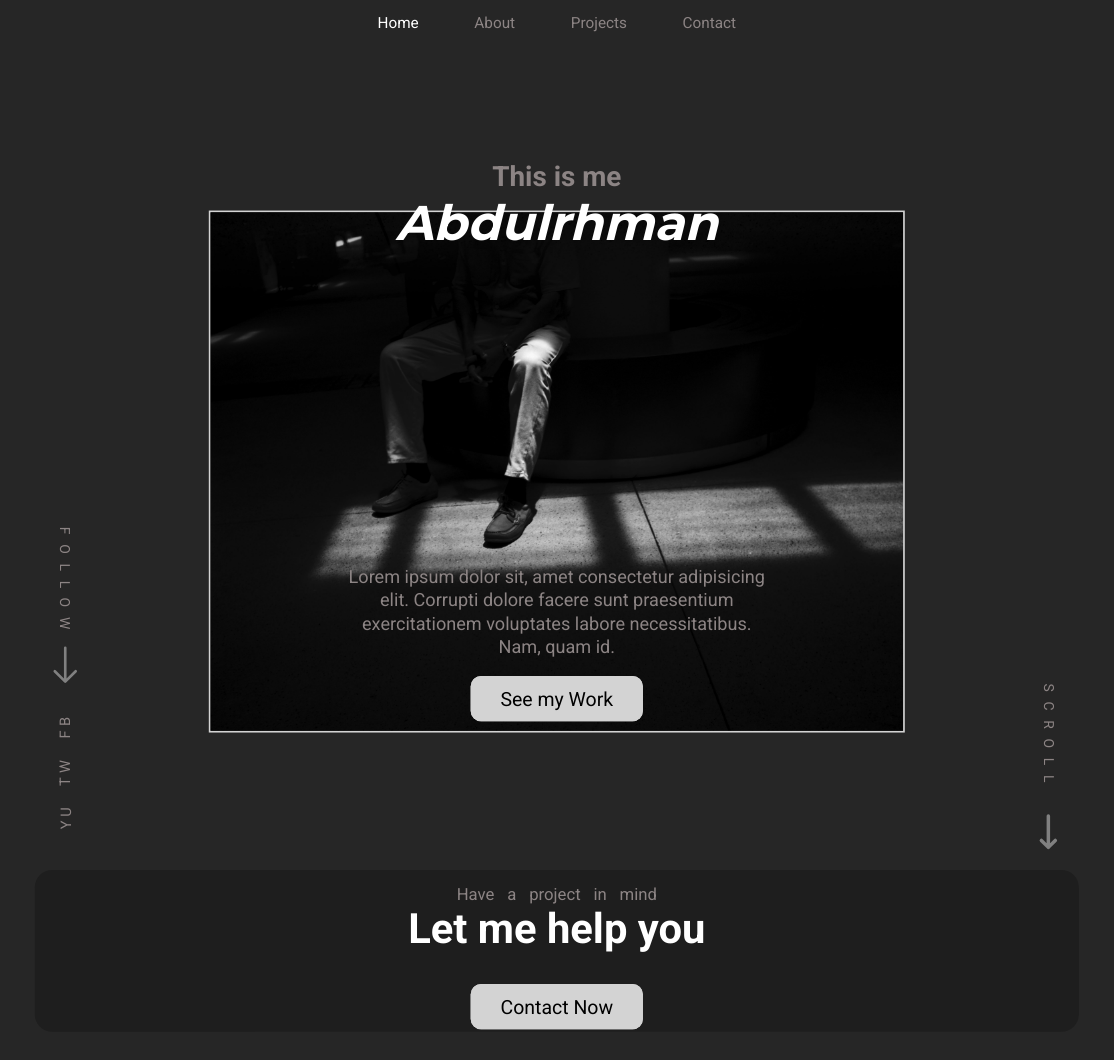
Repository: Abdoulrhman-altyeb/React-Typescript
Page: /
These files come from the project's save history. The page is drawn as it stood at one moment and after the next save; the edit follows.
The browser window is 1280 px wide. The pictures show the whole page, at 87% of full size.
The project was rebuilt for these pictures with package versions that can differ from the ones it lists, and the page was loaded fresh each time. Also part of the build but not shown: src/Pages/Contact.tsx, src/Pages/About.tsx, src/Pages/Projects.tsx.

Above is the page before, as saved 2021-05-18 16:07:13.

### public/index.html
<!DOCTYPE html>
<html lang="en">

<head>
  <meta charset="utf-8" />
  <meta name="viewport" content="width=device-width, initial-scale=1" />
  <meta name="theme-color" content="#000000" />
  <meta name="description" content="IT Guys Community" />
  <link rel="preconnect" href="https://fonts.gstatic.com">
  <link href="https://fonts.googleapis.com/css2?family=Roboto:wght@300;400;500;700&display=swap" rel="stylesheet">
  <link rel="preconnect" href="https://fonts.gstatic.com">
<link href="https://fonts.googleapis.com/css2?family=Montserrat:wght@200;300;400;500;700&display=swap" rel="stylesheet">
  <title>App Lab</title>
</head>

<body>
  <noscript>You need to enable JavaScript to run this app.</noscript>
  <div id="root"></div>
</body>

</html>

### src/index.tsx
import ReactDOM from "react-dom";
import App from "./App";
import './assits/styles/style.css'

ReactDOM.render(<App/>,document.getElementById("root"));

### src/App.tsx
import React from "react";
import NavBar from './components/NavBar';
import { BrowserRouter as Router, Route, Switch } from 'react-router-dom'
import Home from "./Pages/Home";
import Contact from "./Pages/Contact";
import About from "./Pages/About";
import Projects from "./Pages/Projects";


const App: React.FC = () => {



  return (
    <>
      <Router>
        <NavBar />
        <Switch>
          <Route  path='/' exact>
            <Home />
          </Route>
          <Route path="/contact">
            <Contact />
          </Route>
          <Route path='/about'>
            <About />
          </Route>
          <Route path='/projects'>
              <Projects/>
          </Route>
        </Switch>
      </Router>
    </>
  )
}

export default App;

### src/assits/styles/style.css
* {
    padding:0;
    margin:0;
    box-sizing:border-box;
}

body {
    background:#262626;
    color:white;
    font-family: 'Roboto', sans-serif;
}
img,svg{
    width: 100%;
    height:100%;
    object-fit: cover;
}
.container {
    width:90%;
    max-width:1200px;
    margin: 0 auto;
}

.hero__img {
    height:600px;
}
ul {
    list-style: none;
}
p, h1, span {
    color:#8c8484
}
a {
    text-decoration: none;
    color:#8c8484;
    font-size:0.8rem;
}

### src/components/NavBar.tsx
import React,{useState} from 'react';
import styled from 'styled-components';
import { NavLink } from 'react-router-dom';
import { BiMenu, BiX } from 'react-icons/bi';


const NavBar: React.FC = () => {

    const [isActive, setIsActive] = useState<boolean>(false);

    return (
        <NavBarContainer>
            <div className="hamburgerMenu"
                onClick={() => setIsActive(!isActive)}
                role='button'
                tabIndex={0}
                onKeyDown={() => setIsActive(!isActive)}
            >
                <BiMenu/>
            </div>
            <ul className={isActive ? 'ListItems' : 'ListItems hide-items'}>
                <div className='closeMenu'
                    onClick={() => setIsActive(!isActive)}
                    role='button'
                    tabIndex={0}
                    onKeyDown={() => setIsActive(!isActive)}
                >
                    <BiX/>
                </div>
                <li>
                    <NavLink to='/' exact>
                     Home
                    </NavLink>
                </li>
                <li>
                    <NavLink to="/about">
                        About
                    </NavLink>
                </li>
                <li>
                    <NavLink to='projects'>
                        Projects
                    </NavLink>
                </li>
                <li>
                    <NavLink to='contact'>
                        Contact
                    </NavLink>
                </li>
            </ul>
        </NavBarContainer>
    )
}

const NavBarContainer = styled.nav`
    position: fixed;
    z-index:100;
    top:0;
    left:0;
    background-color:#262626;
    font-family: 'Roboto', sans-serif;
    width:100%;
    ul {
        width:90%;
        max-width:1200px;
        justify-content:center;
        text-align:center;
        margin:0 auto;
        border-radius:12px;
    }
    li {
        display:inline-block;
        cursor:pointer;
    }
    a {
        display:inline-block;
        padding:1rem 2rem;
        font-size:1.1rem;
        color:#8c8484;
        transition:0.3s ease color;
        /* &:hover {
            color:#726f6f;
        } */
    }
    .active {
        color:white;
    }

    .hamburgerMenu {
        font-size:2rem;
        position:absolute;
        top:1rem;
        right:1rem;
        color:white;
        display:none;
        * {
            pointer-events:none;
        }
    }
    .closeMenu{
        display:none;
    }
    @media only screen and (max-width:768px) {
        .hide-items{
            transform: translateY(calc(-100% - 1rem))
        }
        .hamburgerMenu{
            display:block;
        }
        .ListItems {
            width:80%;
            max-width:230px;
            position:absolute;
            top:1rem;
            right:1rem;
            background:#1E1E1E;
            padding:1rem;
            transition: 0.3s ease transform;

            .closeMenu {
                color:white;
                font-size:1.5rem;
                width:1rem;
                margin: 0 0 0 auto;
                cursor: pointer;
                display:block;
                *{
                    pointer-events:none;
                }
            }
        }
        li {
            display:block;
            margin-bottom:1rem;
        }
        a {
            /* padding:1rem; */
            padding:0.2rem;
            outline:none;
        }
    }
`;



export default NavBar;

### src/Pages/Home.tsx
import ContactButton from '../components/ContactButton'
import HeroSection from '../components/HeroSection'

const Home: React.FC = () => {
    return (
        <>
            <HeroSection />
            <ContactButton />
        </>
    )
}

export default Home;

### src/components/ContactButton.tsx
import React from 'react';
import Button from './Button';
import styled from 'styled-components';

const ContactButton: React.FC = () => {
    return (
        <STYLEDIV>
            <p>Have a project in mind</p>
            <h3>Let me help you</h3>
            <Button btnLink='/Contact' btnText='Contact Now' outline={false}/>
        </STYLEDIV>
    )
}

const STYLEDIV = styled.div`
    max-width:1200px;
    width:100%;
    background:#1E1E1E;
    margin:0 auto;
    border-radius: 20px;
    text-align:center;
    padding:1rem 0;
    margin-bottom:2rem;
    p{
        font-size:1.2rem;
        word-spacing:10px;
    }
    h3{
        margin-bottom:1rem;
        font-size:3rem;
    }
`;

export default ContactButton;

### src/components/HeroSection.tsx
import React from 'react';
import hero from '../assits/images/hero.jpg';
import Button from './Button';
import PaText from './PaText';
import { BsArrowDown } from 'react-icons/bs';
import { HiOutlineArrowNarrowDown } from 'react-icons/hi';
import styled from 'styled-components';

const HeroSection: React.FC = () => {
    return (
        <STYLEDHERO>
            <div className="hero">
                <div className="container">
                    <h1 className="hero__header">
                        <span>This is me</span>
                        <span className='hero__name'>Abdulrhman</span>
                    </h1>
                    <div className="hero__img">
                        <img src={hero} alt="" />
                    </div>
                    <div className="hero__info">
                        <PaText>
                            <p>Lorem ipsum dolor sit, amet consectetur adipisicing elit. Corrupti dolore facere sunt praesentium exercitationem voluptates labore necessitatibus. Nam, quam id.</p>
                        </PaText>
                        <Button btnLink='/projects' btnText='See my Work' outline={false} />
                    </div>
                    <div className="hero__social">
                        <div className="hero__social__indcator">
                            <p>Follow</p>
                            <BsArrowDown className='icon'/>
                        </div>
                        <div className="hero__social__text">
                            <ul>
                                <li>
                                    <a href="https://facebook.com" rel='noreferrer'>FB</a>
                                </li>
                                <li>
                                    <a href="https://twitter.com" rel='noreferrer'>TW</a>
                                </li>
                                <li>
                                    <a href="https://youtube.com" rel='noreferrer'>YU</a>
                                </li>
                            </ul>
                        </div>
                    </div>
                    <div className="hero__scroll">
                        <p>Scroll</p>
                        <HiOutlineArrowNarrowDown className='icon'/>
                    </div>
                </div>
            </div>
        </STYLEDHERO>
    )
}


const STYLEDHERO = styled.div`
    .hero {
        display:flex;
        justify-content:center;
        align-items:center;
        position:relative;
        text-align:center;
        width:100%;
        min-height:1000px;
        height:100vh;
    }
    .hero__header {
        margin-bottom:-3rem;
        position:relative;
        font-size:2rem;
        span{
            display:inline-block;
            width:100%;
        }
        .hero__name{
            font-size:3.5rem;
            font-family: 'Montserrat', sans-serif;
            font-style:italic;
            color:white;
        }
    }
    .hero__img {
        border:2px solid lightgray;
        max-width:800px;
        width:100%;
        height:600px;
        margin:0 auto;
    }
    .hero__info {
        margin-top:-12rem;
    }
    .hero__social,
    .hero__scroll{
        display:flex;
        flex-direction:column;
        width:50px;
        position:absolute;
        bottom:20px;
        gap:2rem;
    }
    .hero__social{
        left:50px;
    }
    .hero__scroll{
        right:50px;
    }
    .icon {
        color:gray;
        min-height:45px;
        width:3rem;
        object-fit:content;
        align-self:center;
    }
    .hero__social{
        p{
            transform:rotate(90deg) translateX(-100px);
            letter-spacing:0.7rem;
            text-transform:uppercase
        }
    }
    .hero__scroll{
        p{
            transform:rotate(90deg) translateX(-80px);
            letter-spacing:0.7rem;
            text-transform:uppercase
        }
    }
    .hero__social__text{
        li {
            margin-bottom:1rem;
        }
        a{
            transform:rotate(-90deg);
            display:inline-block;
            font-size:1.05rem;
            letter-spacing:5px;
            margin-bottom:1rem;
        }
    }
    @media only screen and (max-width:768px) {
        .hero {
            min-height:750px;
        }
        .hero__header{
            margin-bottom:-2rem;
            font-size:1.4rem;
            .hero__name{
                font-size:3rem;
            }
        }
        .hero__img{
            height:300px;
        }
        .hero__info{
            margin-top:3rem;
        }
        .hero__social,
        .hero__scroll{
            width:25px;
            bottom:-30px;
            font-size:0.9rem;
            P{
                letter-spacing:0.5rem;
                transform:translateY(-20px) rotate(90deg)
            }
            a{
                letter-spacing:2px;
            }
        }
        .hero__social {
            gap:1rem;
            P{
                transform:translateY(-60px) rotate(90deg)
            }
        }
        .hero__social {
            left:0;
            bottom:-20%;
        }
        .hero__scroll{
            right:0;
        }
        .hero__social__text {
            a{
                margin-bottom:1rem;
                font-size:1rem;
            }
        }
        .icon{
            width:25px;
            min-height:80px;
            align-self:center;
        }
    }
`;
export default HeroSection;

### src/components/Button.tsx
import React from 'react';
import { Link } from 'react-router-dom';
import styled from 'styled-components'


const Button:React.FC<ButtonProps> = ({btnLink,btnText,outline}) => {
    return (
        <BTNSTYLE >
            <Link className='button' to={btnLink} >{btnText}</Link>
        </BTNSTYLE>
    )
}


const BTNSTYLE = styled.div`
    padding-top:2rem;
    .button{
        background:lightgray;
        padding:0.7rem 2rem;
        color:black;
        border-radius:12px;
        border:2px solid lightgray;
        cursor:pointer;
        font-size:1.4rem;
    }
    @media only screen and (max-width:768px) {
        .button{
            font-size:1.2rem;
        }
    }
`;

export default Button

### src/components/PaText.tsx
import styled from 'styled-components'

const PaText: React.FC = ({children}) => {

    return (
        <TextContainer>
            {children}
        </TextContainer>
    )
}

const TextContainer = styled.div`
    max-width:500px;
    margin:0 auto;
    line-height:1.3em;
    font-size:1.3rem;
    @media only screen and (max-width:768px) {
        font-size:1.1rem;
    }
`;

export default PaText

After the next save:
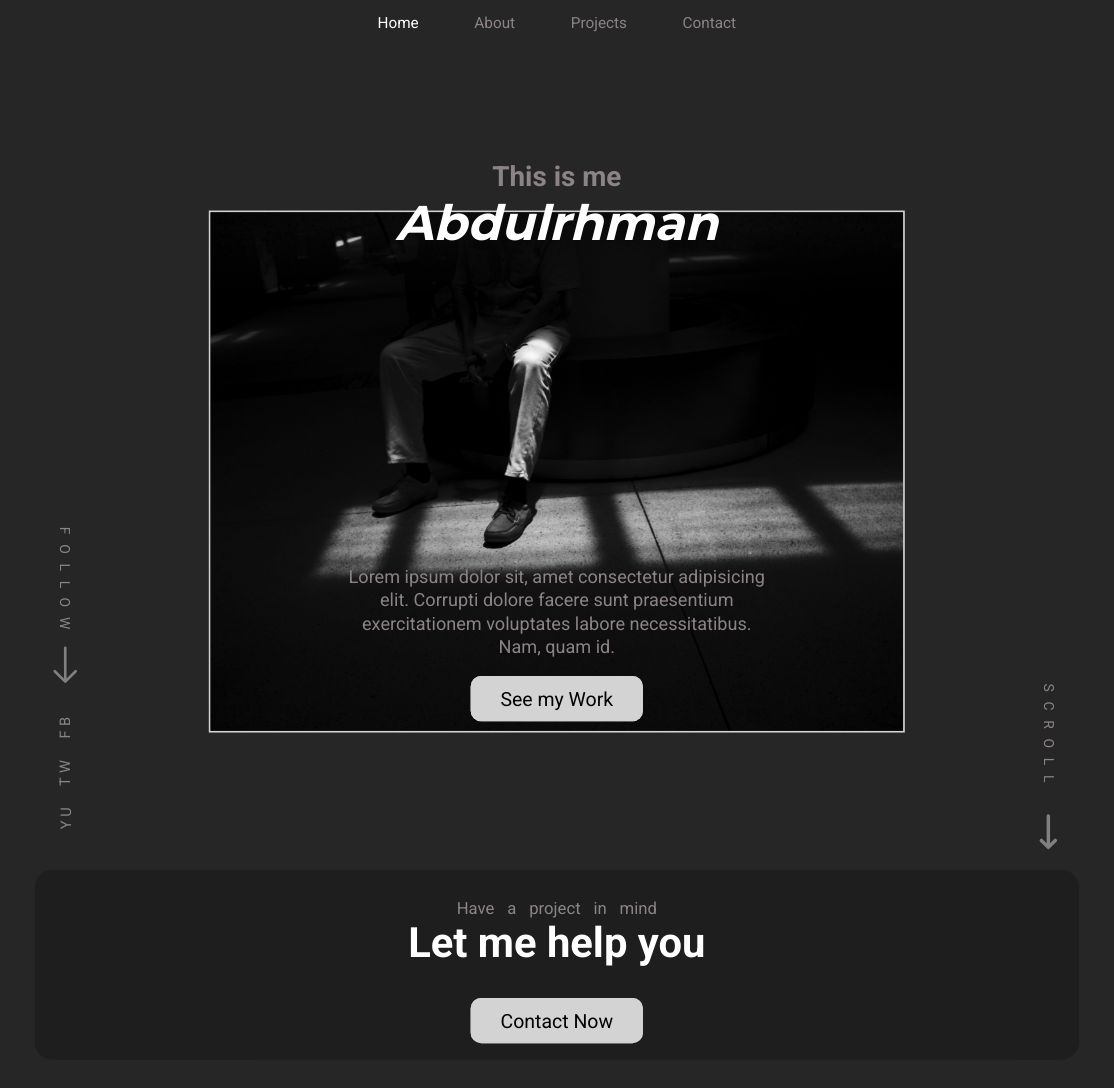
Saved 9 s later.
--- a/src/components/ContactButton.tsx
+++ b/src/components/ContactButton.tsx
@@ -19,7 +19,7 @@ const STYLEDIV = styled.div`
     margin:0 auto;
     border-radius: 20px;
     text-align:center;
-    padding:1rem 0;
+    padding:2rem 0;
     margin-bottom:2rem;
     p{
         font-size:1.2rem;
